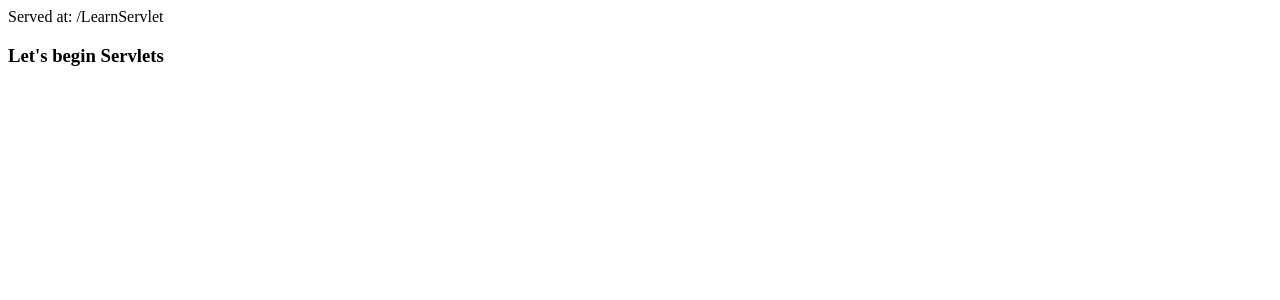
Repository: isaifahmad/PersonalEngineering
Page: http://localhost/LearnServlet/BeginServlet
An editor plug-in stored every save of this project. The page is shown before and after the next save, followed by the edit.
The browser window is 1280 px wide. The pictures show the whole page.
The page is served by Tomcat 9.

Above is the page before, as saved 2019-11-05 14:15:47.

After the next save:
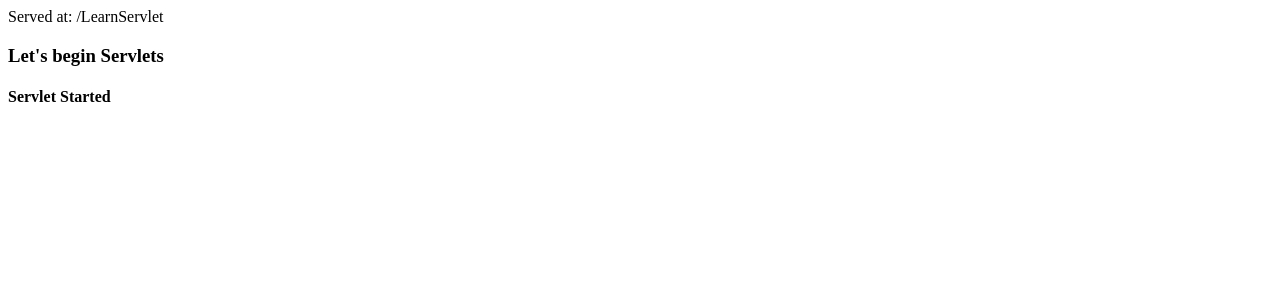
Saved 5 min 19 s later.
--- a/java-apps/LearnServlet/src/com/sourcecode/servletlearning/BeginServlet.java
+++ b/java-apps/LearnServlet/src/com/sourcecode/servletlearning/BeginServlet.java
@@ -33,6 +33,7 @@ public class BeginServlet extends HttpServlet {
 		response.setContentType("text/html");
 		PrintWriter printWriter = response.getWriter();
 		printWriter.println("<h3>Let's begin Servlets</h3>");
+		printWriter.println("<h4>Servlet Started</h4>");
 	}
 
 	/**
